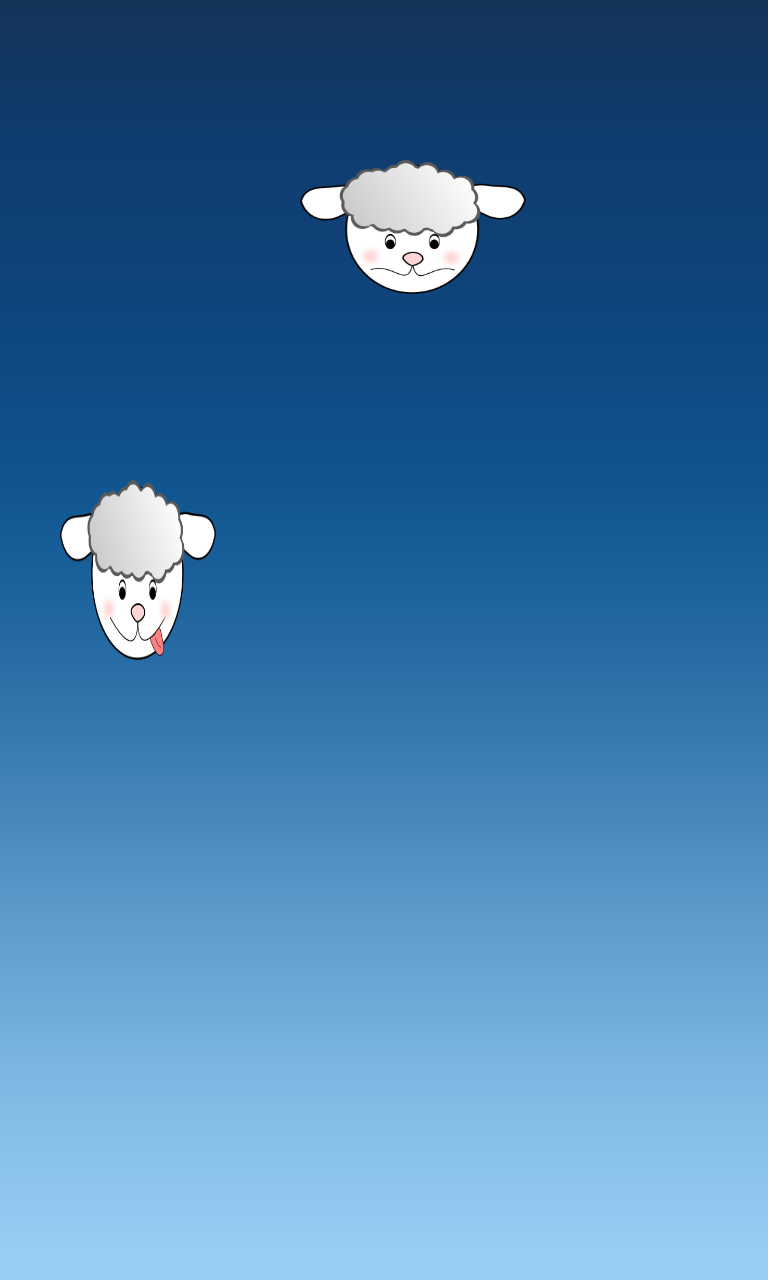
Repository: exilonX/CodeWarsFelula
Layout: Baa/res/layout/end_game.xml
An editor plug-in stored every save of this project. The layout is shown before and after the next save, followed by the edit.
It is drawn on a 768 x 1280 px phone screen (xhdpi) without system bars, with theme AppTheme; the app's code is not run.

Above is the layout before, as saved 2014-02-22 17:42:00.

After the next save:
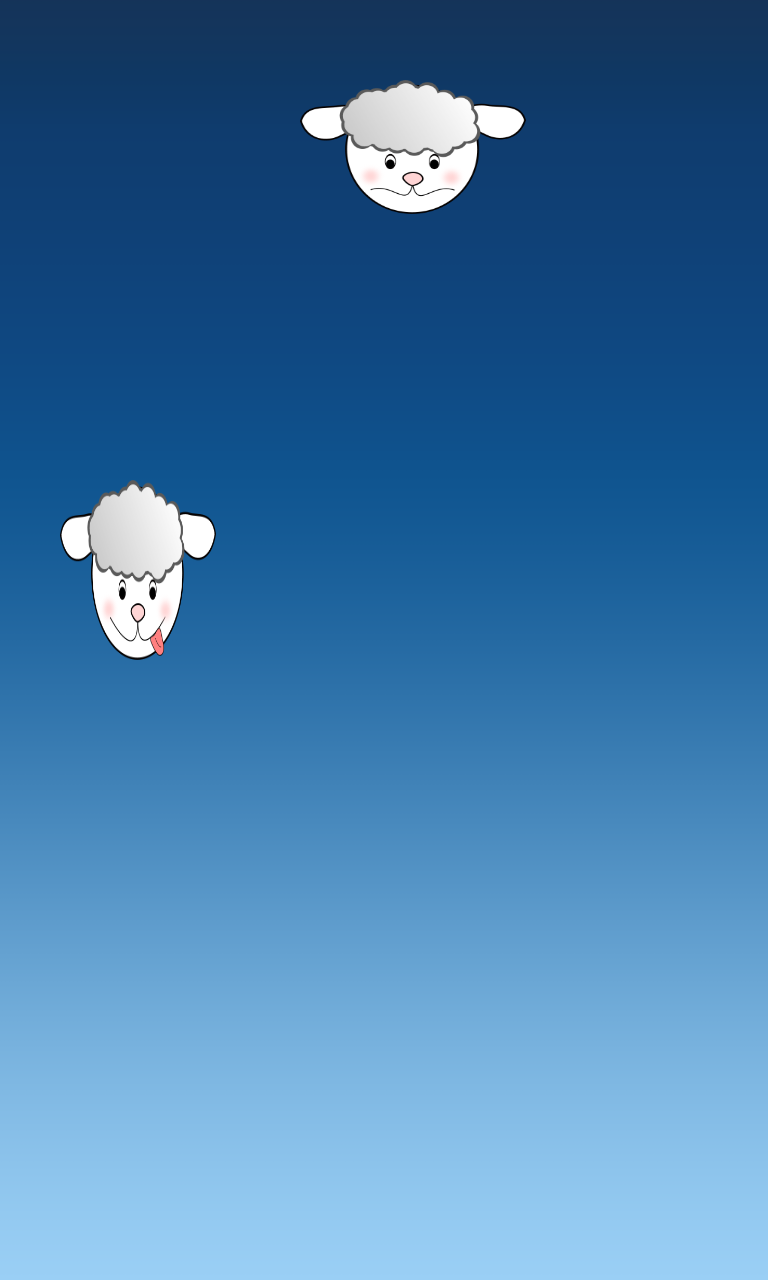
Saved 6 s later.
--- a/Baa/res/layout/end_game.xml
+++ b/Baa/res/layout/end_game.xml
@@ -13,7 +13,7 @@
         android:layout_marginLeft="150dp"
         android:layout_marginRight="40dp"
         android:background="@drawable/sad"
-        android:layout_marginTop="80dp"
+        android:layout_marginTop="40dp"
         />
 
     <Button
